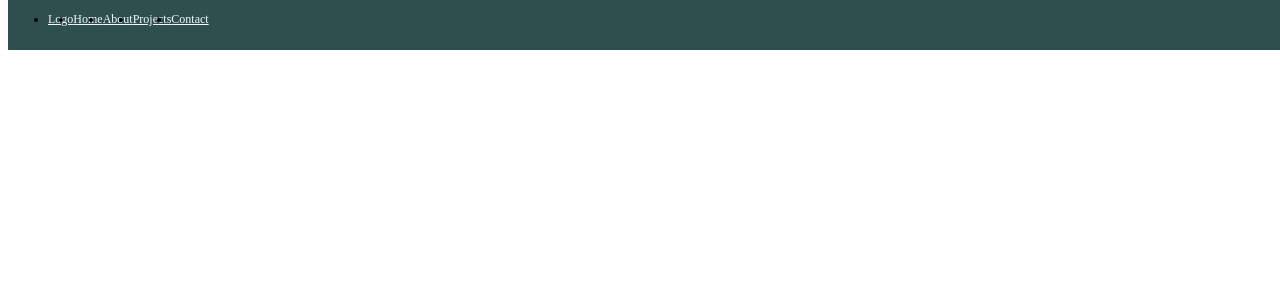
Repository: congle98/CSS_LayoutRWDCoBan
Page: index.html
These files come from the project's save history. The page is drawn as it stood at one moment and after the next save; the edit follows.
The browser window is 1280 px wide. The pictures show the whole page.

Above is the page before, as saved 2021-05-26 16:01:27.

After the next save:
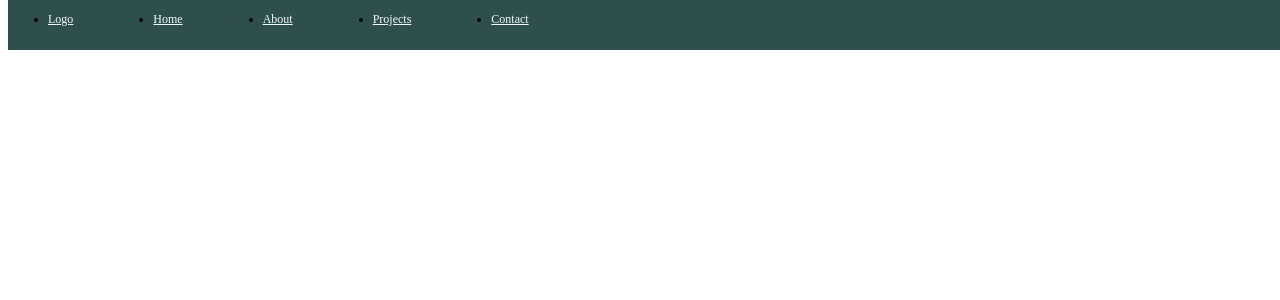
Saved 4 s later.
--- a/index.html
+++ b/index.html
@@ -21,7 +21,7 @@
         .header__nav-item{
             position:relative;
             float: left;
-            margin-R: 80px;
+            margin-right: 80px;
         }
         .header__nav-item a{
             color: aliceblue;
